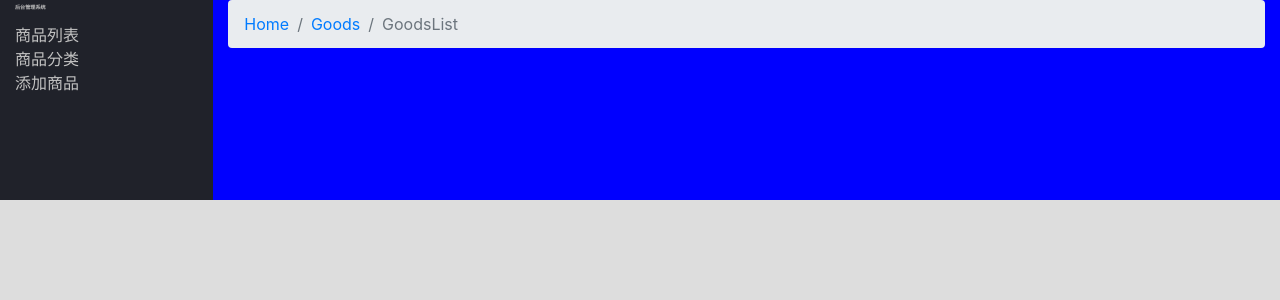
Repository: gzh51904/baiyangApp
Page: /admin (app in houtai/Vue-admin/)
An editor plug-in stored every save of this project. The page is shown before and after the next save, followed by the edit.
The browser window is 1280 px wide. The pictures show the whole page.
The project was rebuilt for these pictures with package versions that can differ from the ones it lists, and the page was loaded fresh each time. Also part of the build but not shown: houtai/Vue-admin/vue.config.js, houtai/Vue-admin/src/pages/login.vue.

Above is the page before, as saved 2019-05-11 12:09:53.

### houtai/Vue-admin/public/index.html
<!DOCTYPE html>
<html lang="en">
  <head>
    <meta charset="utf-8">
    <meta http-equiv="X-UA-Compatible" content="IE=edge">
    <meta name="viewport" content="width=device-width,initial-scale=1.0">
    <link rel="icon" href="<%= BASE_URL %>favicon.ico">
    <title>secco-admin</title>
    <link rel="stylesheet" href="./base.css">
    <style>
      *{
        margin:0px ;
        padding:0px;
      }
    html,body{
      width:100%;
      height:100%;
    }
    </style>
  </head>
  <body>

    <div id="app"></div>
    <!-- built files will be auto injected -->
  </body>
</html>

### houtai/Vue-admin/src/main.js
import Vue from 'vue'
import App from './App.vue'
import router from './router/router'
import store from './store'

// import axios from "axios";
// Vue.prototype.$axios = axios;

// import bootstrap lib to the project,没有路径就会直接去找node_modules
import "bootstrap";

import 'lib-flexible';
Vue.config.productionTip = false

new Vue({
  router,
  store,
  render: h => h(App)
}).$mount('#app')

### houtai/Vue-admin/src/App.vue
<template>
  <div id="app">

    <router-view/>
  </div>
</template>
<script>
export default {

}
</script>

<style>
@import  '../node_modules/bootstrap/dist/css/bootstrap.css';

#app{
  height:100%;
  width:100%;
  background-color: #ddd;
  overflow:hidden;
}
</style>

### houtai/Vue-admin/src/router/router.js
import Vue from 'vue'
import Router from 'vue-router'
import Login from '../pages/login.vue'


Vue.use(Router)

export default new Router({
  mode: 'history',
  base: process.env.BASE_URL,
  routes: [
    {
      path: '/',
      name: 'Login',
      component: Login
    },
    {
      path: '/admin',
      name: 'admin',
      meta: {
        requireAuth: true
      },
      // route level code-splitting
      // this generates a separate chunk (about.[hash].js) for this route
      // which is lazy-loaded when the route is visited.
      component: () => import(/* webpackChunkName: "about" */ '../pages/admin/admin.vue'),
      children: [
        {
          path: 'goods',
          name: 'goods',
          title: '商品管理',
          component: () => import('../pages/admin/goods/goods'),//路径要自己改
          children:[
            {
              path: 'list',
              name: 'list',
              title: '商品列表',
              component: () => import('../pages/admin/goods/list'),//路径要自己改
            },
            {
              path: 'categories',
              name: 'categories',
              title: '商品分类',
              component: () => import('../pages/admin/goods/categories'),//路径要自己改
            },
            {
              path: 'addgoods',
              name: 'addgoods',
              title: '添加商品',
              component: () => import('../pages/admin/goods/addgoods'),//路径要自己改
            },
          ]
        },
        {
          path: 'users',
          name: 'users',
          title: '用户管理',
          component: () => import('../pages/admin/users/users'),//路径要自己改
          children:[
            {
              path: 'list',
              name: 'list',
              title: '用户列表',
              component: () => import('../pages/admin/users/list'),//路径要自己改
            },
            {
              path: 'adduser',
              name: 'adduser',
              title: '添加用户',
              component: () => import('../pages/admin/users/adduser'),//路径要自己改
            },

          ]
        },
      ]
    }
  ]
})

### houtai/Vue-admin/src/store/index.js
import Vue from 'vue'
import Vuex from 'vuex'
import createPersistedState from 'vuex-persistedstate'

Vue.use(Vuex)

/* eslint-disable no-new */
const store = new Vuex.Store({
  plugins: [createPersistedState()],
  modules: {
  }
})

export default store

### houtai/Vue-admin/src/pages/admin/admin.vue
<template>
  <div class="container-fluid">
    <div class="row">
      <div class="col-sm-2 admin-aside">
          <h2> 后台管理系统</h2>
          <ul class="goods">
              <li>商品列表</li>
              <li>商品分类</li>
              <li>添加商品</li>
          </ul>
      </div>



      <div class="col-sm-10" style="background-color:blue;height:200px;">
        <nav aria-label="breadcrumb">
          <ol class="breadcrumb">
            <li class="breadcrumb-item">
              <a href="#">Home</a>
            </li>
            <li class="breadcrumb-item">
              <a href="#">Goods</a>
            </li>
            <li class="breadcrumb-item active" aria-current="page">GoodsList</li>
          </ol>
        </nav>
        <router-view></router-view>
      </div>
    </div>
  </div>
</template>
<script>
export default {};
</script>
<style lang="scss" scoped>
.admin-aside {
  background-color: #20222a;
      color:#C2C2C2;
  h2{
      height:.96rem;
     line-height: .96rem;
      font-size: .32rem;
      font-weight: 800;
  }
}
</style>

### houtai/Vue-admin/public/base.css
/*(1)清除默认样式*/
html, body, ul, li, ol, dl, dd, dt, p, h1, h2, h3, h4, h5, h6, form, fieldset, legend, img,input{ margin:0; padding:0; }
fieldset, img,input,button { border:0 none; padding:0;margin:0;outline-style:none; }   /*去掉input等聚焦时的蓝色边框*/
ul,li,ol{ list-style:none; }
select, input { vertical-align:middle;}
textarea { resize:none; } /*防止拖动*/
img {border:0; vertical-align:middle; }
/*  去掉图片低测默认的3像素空白缝隙，或者用display：block也可以*/
table { border-collapse:collapse; }
a {text-decoration:none; }



/*2.添加公共样式*/
/*body {
    font:12px Arial,Verdana,"\5b8b\4f53";
    color:#666;
    background:#fff;
}*/
/*清除浮动（不管）*/
.clearfix:before,.clearfix:after {  /*清楚浮动*/
    content:"";
    display:table;
}
.clearfix:after{clear:both;}
.clearfix{
    *zoom:1;/*IE/7/6*/
}
h1,h2,h3,h4,h5,h6 {font-weight:normal;font-size:1em;}  /*设置h标签的大小，设置跟父亲一样大的字体font-size:100%;*/
s,i,em{font-style:normal;text-decoration:none;}


/*公共类*/
.container {  /*内容、版心 提取 */
    width: 1210px;
    margin:0 auto;
}
.fl {
    float:left;
}
.fr {
    float:right;
}
.ac {
    text-align:center;
}
.hide {
    display:none;
}
.f12{ font-size: 12px;}
.f14{ font-size: 14px;}
.f16{ font-size: 16px;}

After the next save:
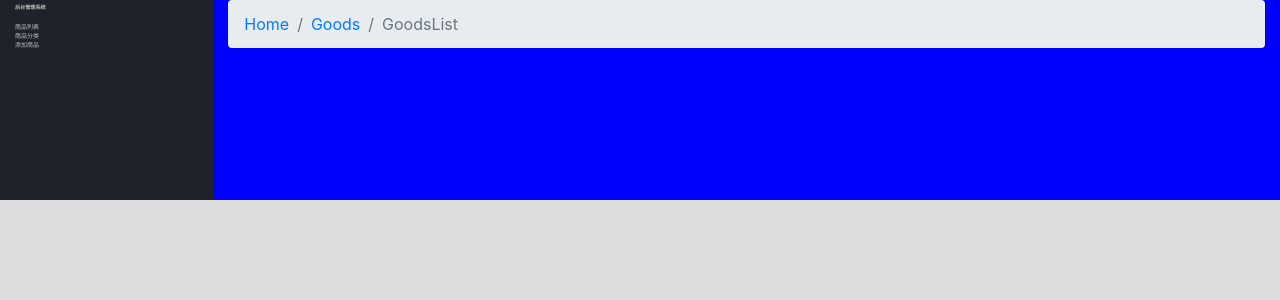
Saved 25 s later.
--- a/houtai/Vue-admin/src/pages/admin/admin.vue
+++ b/houtai/Vue-admin/src/pages/admin/admin.vue
@@ -42,5 +42,8 @@ export default {};
       font-size: .32rem;
       font-weight: 800;
   }
+  .goods{
+      font-size: .373333rem;
+  }
 }
 </style>
